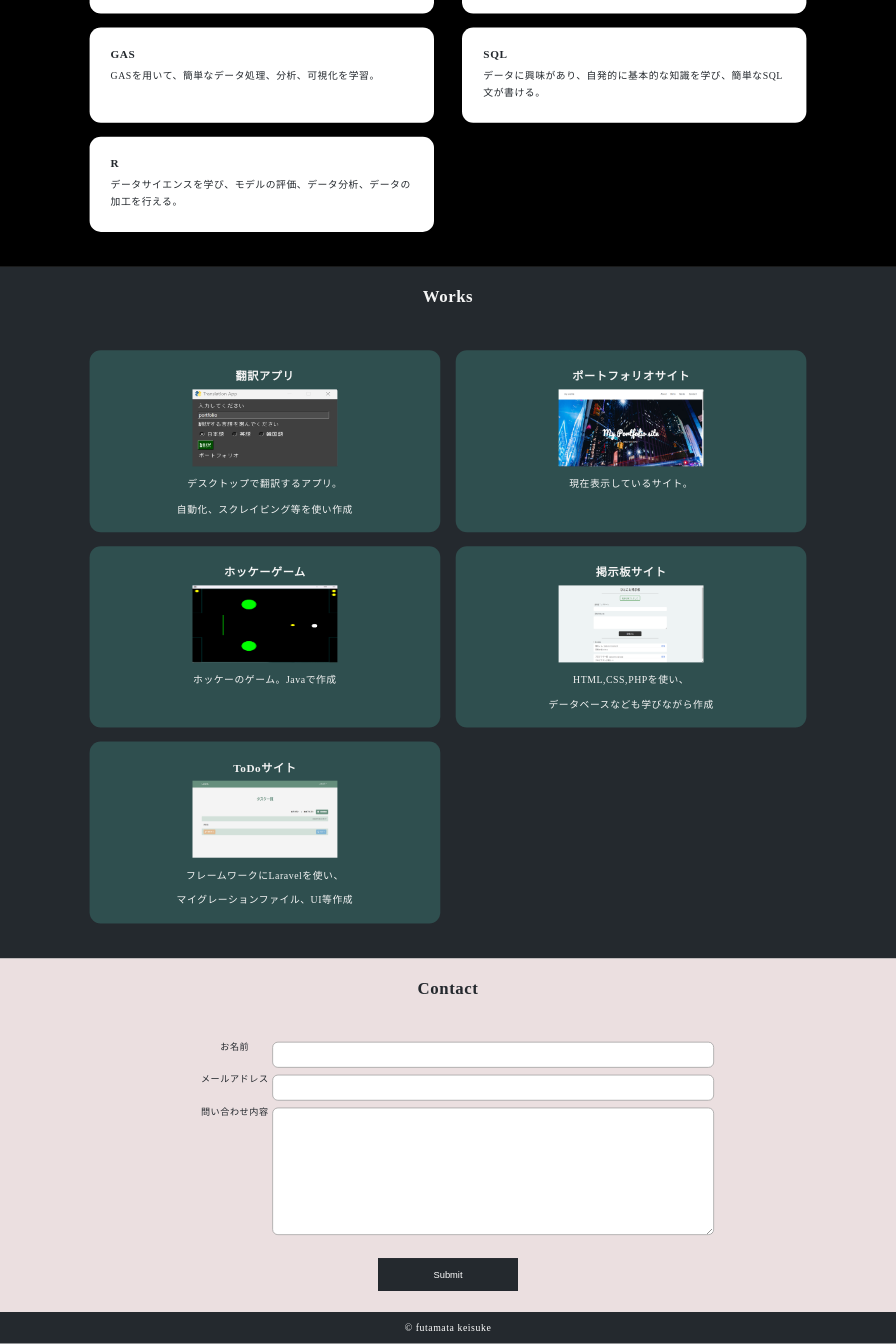
Repository: F-ksk/portfolio
Page: index.html
An editor plug-in stored every save of this project. The page is shown before and after the next save, followed by the edit.
The browser window is 1280 px wide. The pictures show the part of the page from y = 1575 to 3495 px (the page is 3495 px tall), at 70% of full size.

Above is the page before, as saved 2023-11-12 23:56:52.

After the next save:
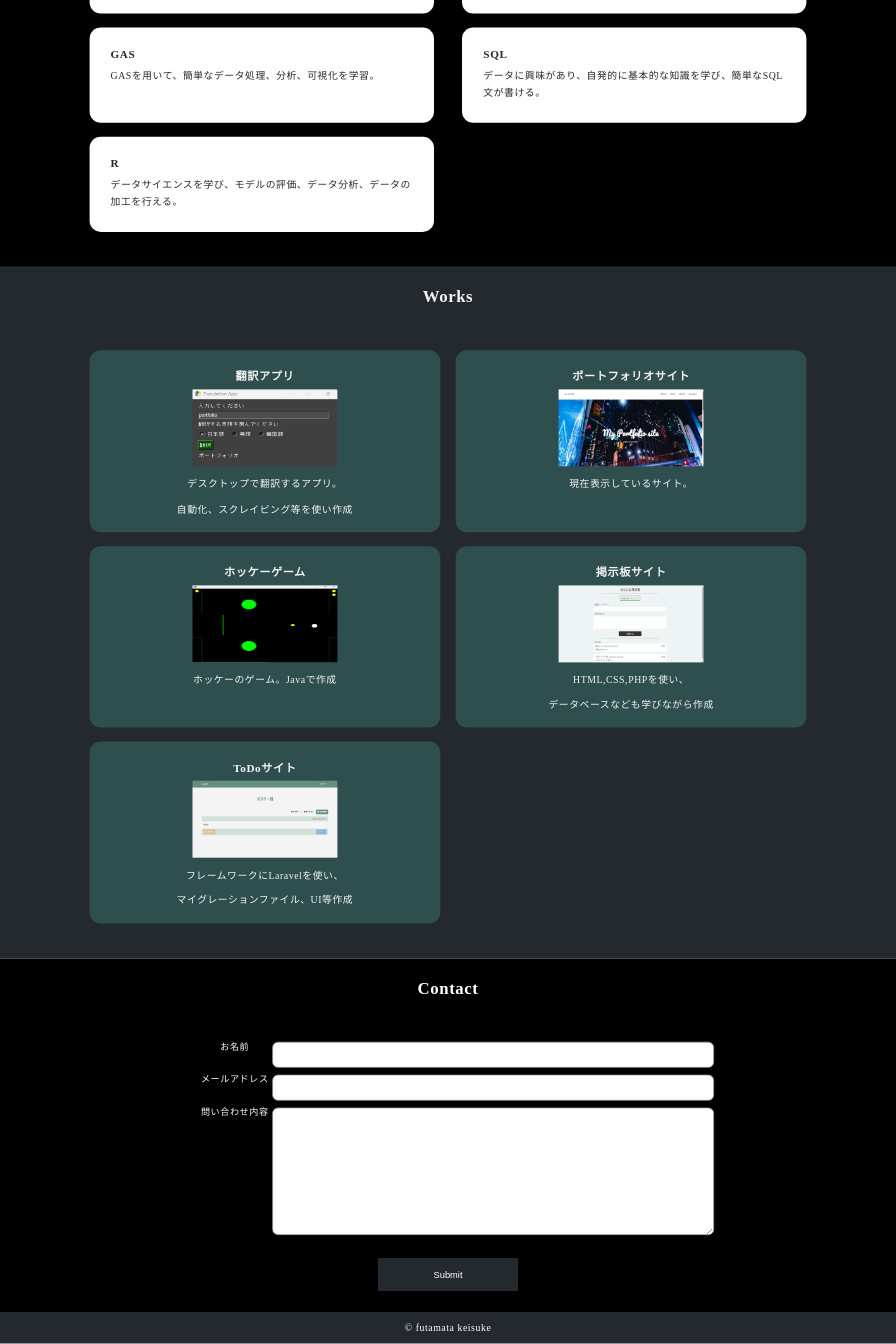
Saved 31 s later.
--- a/css/style.css
+++ b/css/style.css
@@ -182,7 +182,8 @@ section {
 }
 
 #contact {
-    background-color: #EBDFE0;
+    background-color: black;
+    color: white;
     text-align: center;
 }
 
